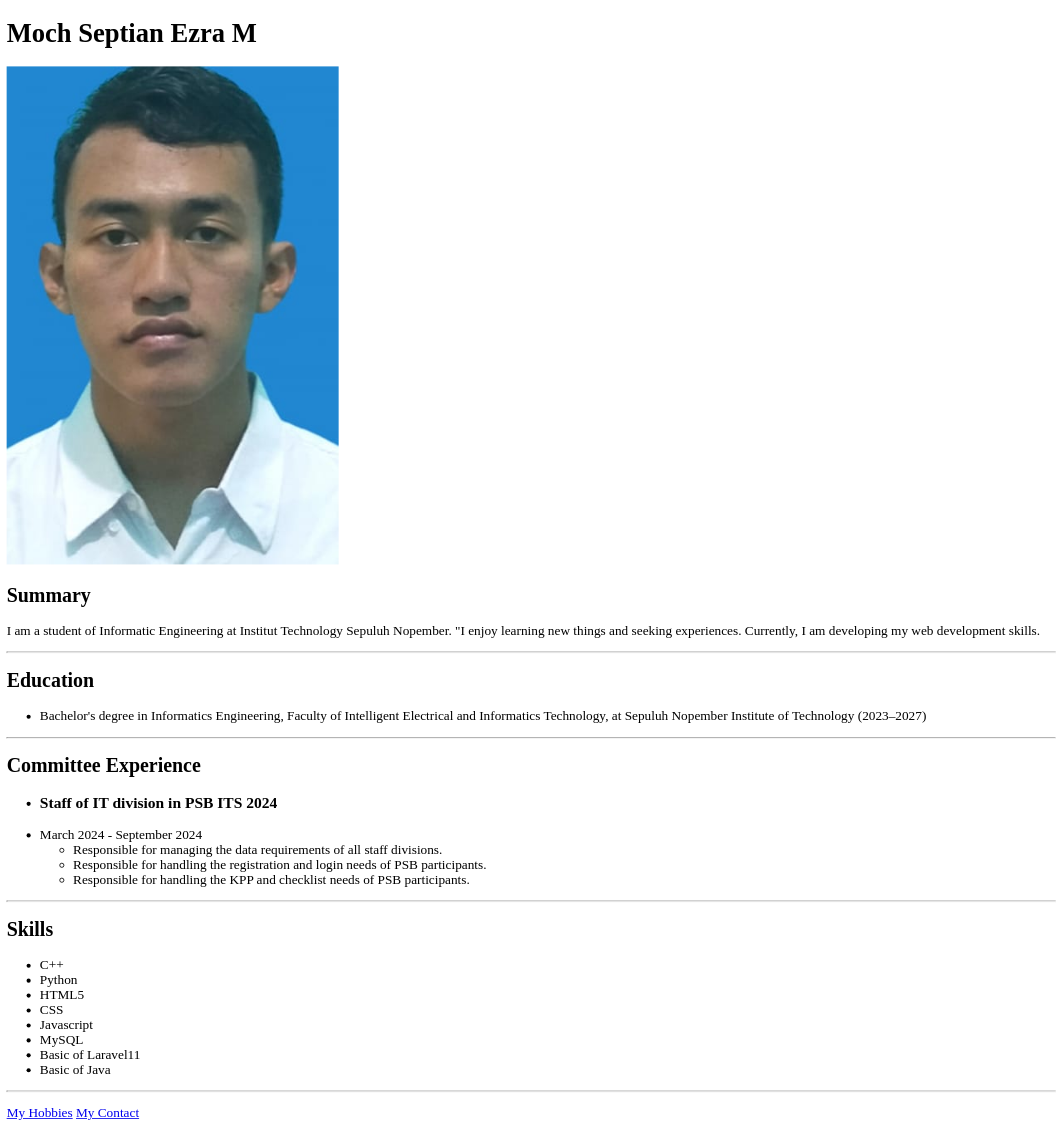
Repository: arzeee/Web_Course
Page: Capstone Project 1/index.html
The author's editor kept a copy of each file at every save. The page is drawn from the files as they stood at one save, then again after a run of saves.
The browser window is 1280 px wide. The pictures show the whole page, at 83% of full size.

Above is the page before, as saved 2024-12-06 08:03:41.

### Capstone Project 1/index.html
<!DOCTYPE html>
<html lang="en">
<head>
    <meta charset="UTF-8">
    <meta name="viewport" content="width=device-width, initial-scale=1.0">
    <title>My Resume</title>
</head>
<body>
    <h1>Moch Septian Ezra M</h1>
    <img src="Picture.jpeg" alt="My picture">

    <h2>Summary</h2>
    <p>I am a student of Informatic Engineering at Institut Technology Sepuluh Nopember. "I enjoy learning new things and seeking experiences. Currently, I am developing my web development skills.</p>
    <hr>

    <h2>Education</h2>
    <ul>
        <li>Bachelor's degree in Informatics Engineering, Faculty of Intelligent Electrical and Informatics Technology, at Sepuluh Nopember Institute of Technology (2023–2027)</li>
    </ul>
    <hr>

    <h2>Committee Experience</h2>
    <ul>
        <li><h3>Staff of IT division in PSB ITS 2024</h3></li>
        <li>March 2024 - September 2024
            <ul>
                <li>Responsible for managing the data requirements of all staff divisions.</li>
                <li>Responsible for handling the registration and login needs of PSB participants.</li>
                <li>Responsible for handling the KPP and checklist needs of PSB participants.</li>
            </ul>
        </li>
    </ul>
    <hr>

    <h2>Skills</h2>
    <ul>
        <li>C++</li>
        <li>Python</li>
        <li>HTML5</li>
        <li>CSS</li>
        <li>Javascript</li>
        <li>MySQL</li>
        <li>Basic of Laravel11</li>
        <li>Basic of Java</li>
    </ul>
    <hr>

    <p><a href="hobbies.html">My Hobbies</a> <a href="contact.html">My Contact</a></p>
</body>
</html>

After the next 2 saves:
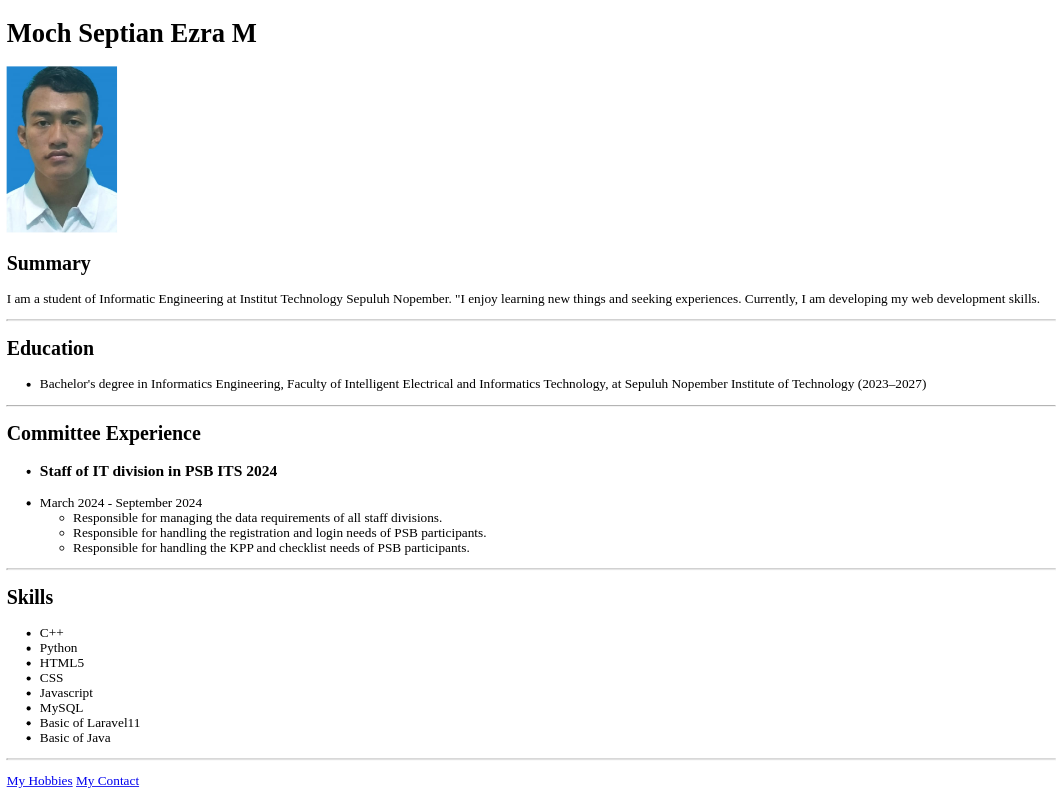
The 2 saves are shown as one change because they came seconds apart.
The last was saved 22 s later.
--- a/Capstone Project 1/index.html
+++ b/Capstone Project 1/index.html
@@ -7,7 +7,7 @@
 </head>
 <body>
     <h1>Moch Septian Ezra M</h1>
-    <img src="Picture.jpeg" alt="My picture">
+    <img src="Picture.jpeg" alt="My picture" height="200px">
 
     <h2>Summary</h2>
     <p>I am a student of Informatic Engineering at Institut Technology Sepuluh Nopember. "I enjoy learning new things and seeking experiences. Currently, I am developing my web development skills.</p>
